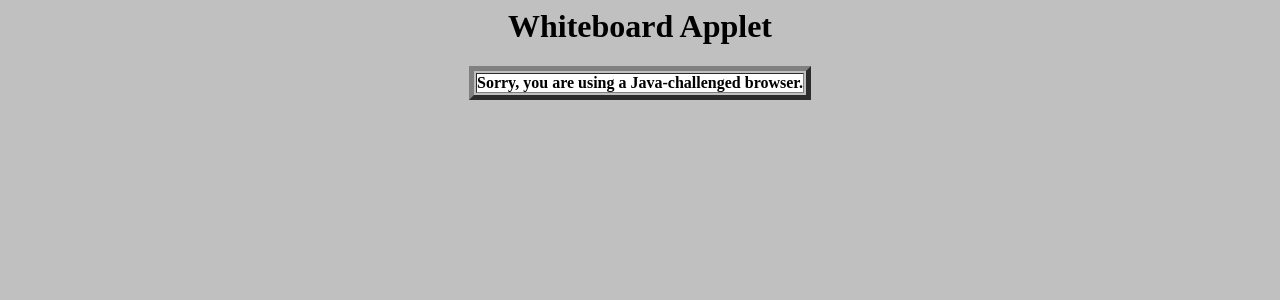
Repository: EnjoyWorkTrue/Spring2014
Page: CMP342/Assignment2/project1/index.html
An editor plug-in stored every save of this project. The page is shown before and after the next save, followed by the edit.
The browser window is 1280 px wide. The pictures show the whole page.

Above is the page before, as saved 2014-02-25 02:02:45.

After the next save:
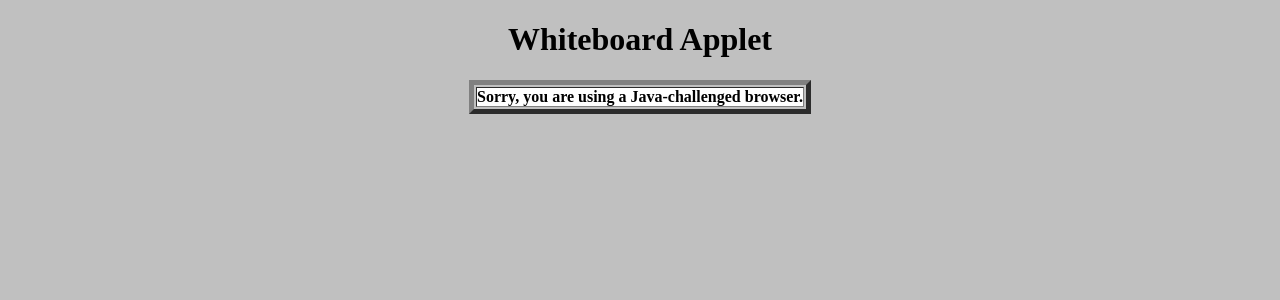
Saved 114 s later.
--- a/CMP342/Assignment2/project1/index.html
+++ b/CMP342/Assignment2/project1/index.html
@@ -1,4 +1,4 @@
-<!DOCTYPE HTML PUBLIC "-//W3C//DTD HTML 4.0 Transitional//EN">
+<!DOCTYPE html>
 <html>
 <head>
   <title>Whiteboard Applet</title>

After the save that followed:
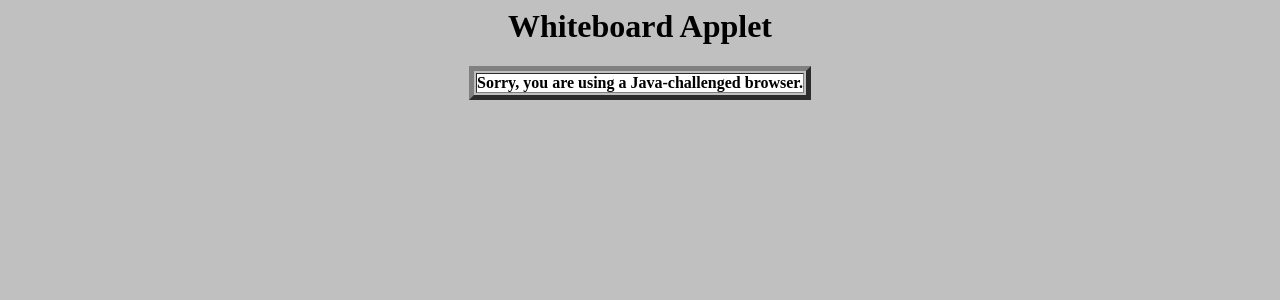
Saved 9 s later.
--- a/CMP342/Assignment2/project1/index.html
+++ b/CMP342/Assignment2/project1/index.html
@@ -1,4 +1,4 @@
-<!DOCTYPE html>
+<!DOCTYPE html5>
 <html>
 <head>
   <title>Whiteboard Applet</title>
